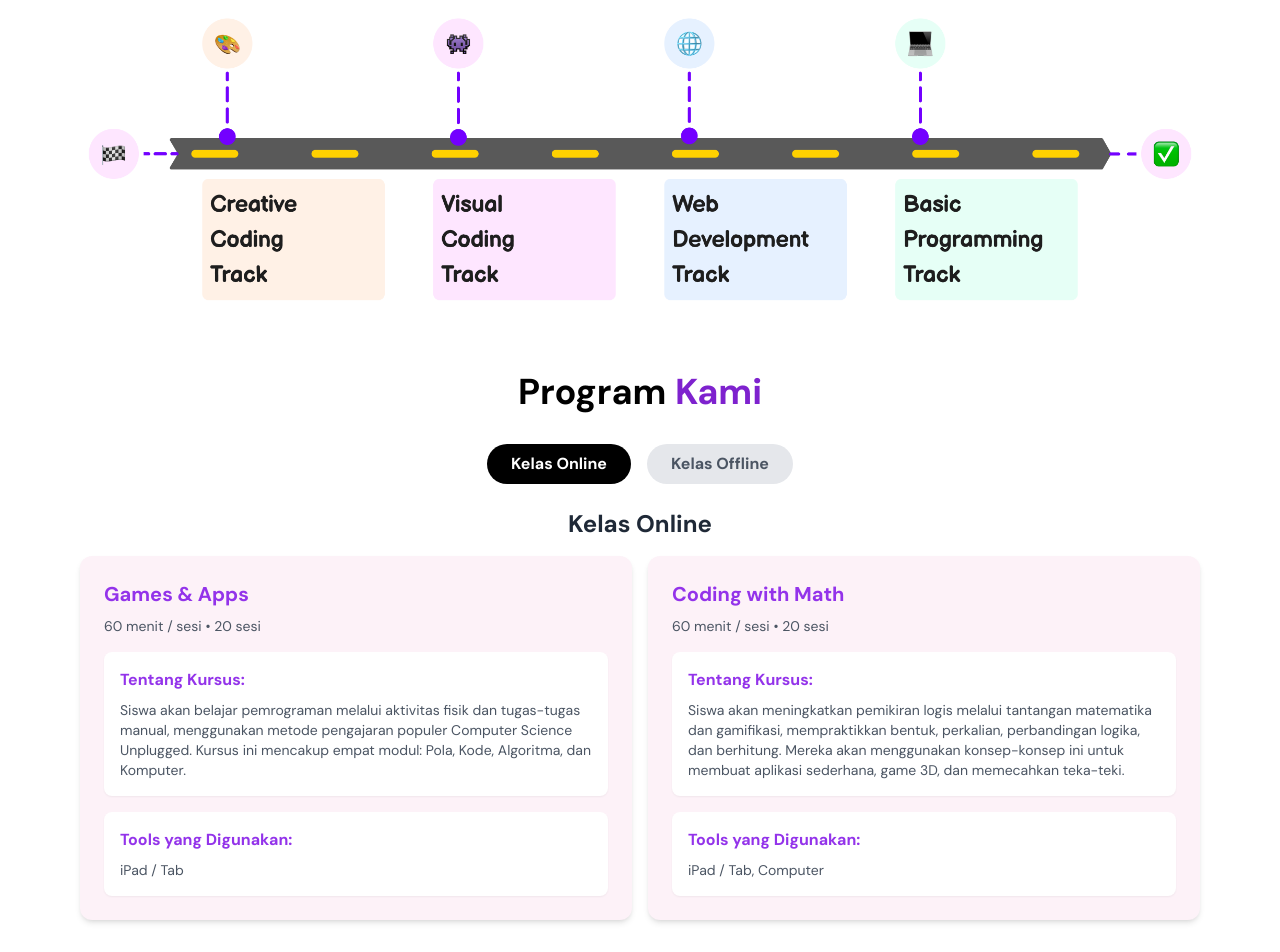
Repository: paskasiregar/ttccomweb
Page: /track/basic-programming
An editor plug-in stored every save of this project. The page is shown before and after the next save, followed by the edit.
The browser window is 1280 px wide. The pictures show the part of the page from y = 1743 to 2695 px (the page is 2695 px tall before and 2307 px after).
The project was rebuilt for these pictures with package versions that can differ from the ones it lists, and the page was loaded fresh each time. The framework's server and built-in components were replaced by stand-ins that run in the browser. Also part of the build but not shown: next.config.js, next.config.mjs.

Above is the page before, as saved 2024-11-16 23:21:51.

After the next save:
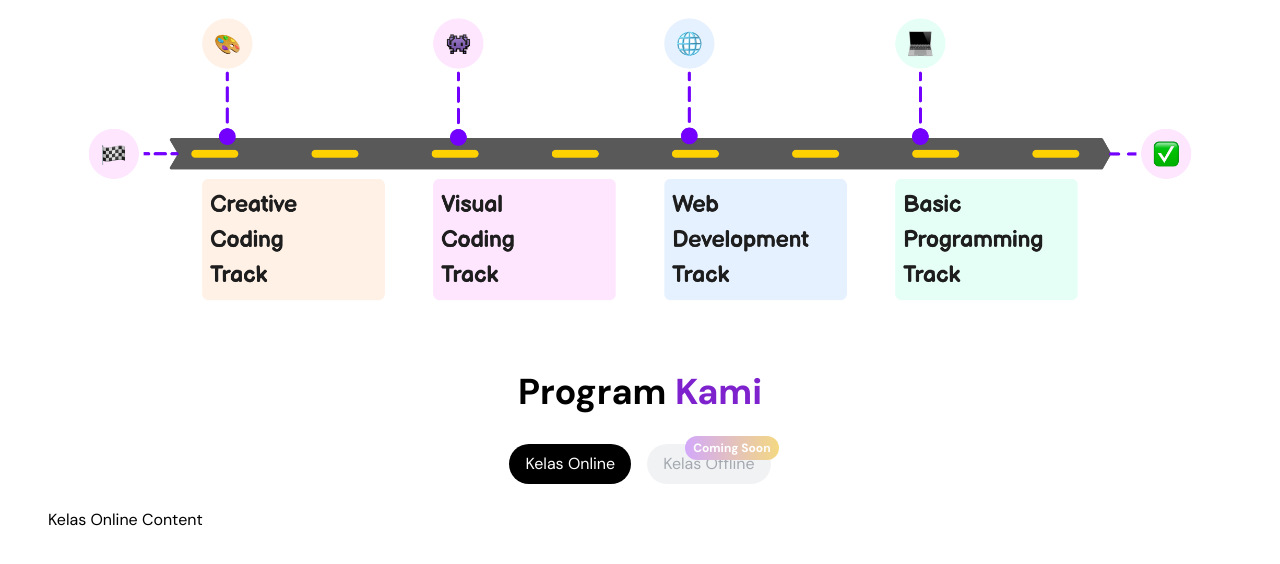
Saved 106 s later.
--- a/src/components/programTabs.jsx
+++ b/src/components/programTabs.jsx
@@ -1,15 +1,18 @@
 import React, { useState } from "react";
-import ClassType from "./classType";
 
 function ProgramTabs() {
   const [activeTab, setActiveTab] = useState("online");
 
   const tabs = [
-    { id: "online", label: "Kelas Online" },
-    { id: "offline", label: "Kelas Offline" },
+    { id: "online", label: "Kelas Online", disabled: false },
+    { id: "offline", label: "Kelas Offline", disabled: true },
   ];
 
-  const handleTabClick = (tabId) => setActiveTab(tabId);
+  const handleTabClick = (tabId, disabled) => {
+    if (!disabled) {
+      setActiveTab(tabId);
+    }
+  };
 
   return (
     <div className="w-full">
@@ -18,14 +21,21 @@ function ProgramTabs() {
         {tabs.map((tab) => (
           <button
             key={tab.id}
-            className={`py-2 px-6 rounded-full font-semibold text-sm md:text-base ${
+            className={`relative py-2 px-4 rounded-full ${
               activeTab === tab.id
                 ? "bg-black text-white"
                 : "bg-gray-200 text-gray-600"
-            }`}
-            onClick={() => handleTabClick(tab.id)}
+            } ${tab.disabled ? "opacity-50 cursor-not-allowed" : ""}`}
+            onClick={() => handleTabClick(tab.id, tab.disabled)}
+            disabled={tab.disabled}
           >
             {tab.label}
+            {/* Show 'Coming Soon' chip on disabled tabs */}
+            {tab.disabled && (
+              <span className="absolute -top-2 -right-2 text-xs font-bold text-white px-2 py-1 rounded-full bg-gradient-to-r from-purple-500 to-yellow-500">
+                Coming Soon
+              </span>
+            )}
           </button>
         ))}
       </div>
@@ -34,18 +44,12 @@ function ProgramTabs() {
       <div>
         {activeTab === "online" && (
           <div>
-            <h3 className="text-center text-2xl font-bold text-gray-800 mb-4">
-              Kelas Online
-            </h3>
-            <ClassType />
+            <p>Kelas Online Content</p>
           </div>
         )}
         {activeTab === "offline" && (
           <div>
-            <h3 className="text-center text-2xl font-bold text-gray-800 mb-4">
-              Kelas Offline
-            </h3>
-            <ClassType />
+            <p>Kelas Offline Content</p>
           </div>
         )}
       </div>
